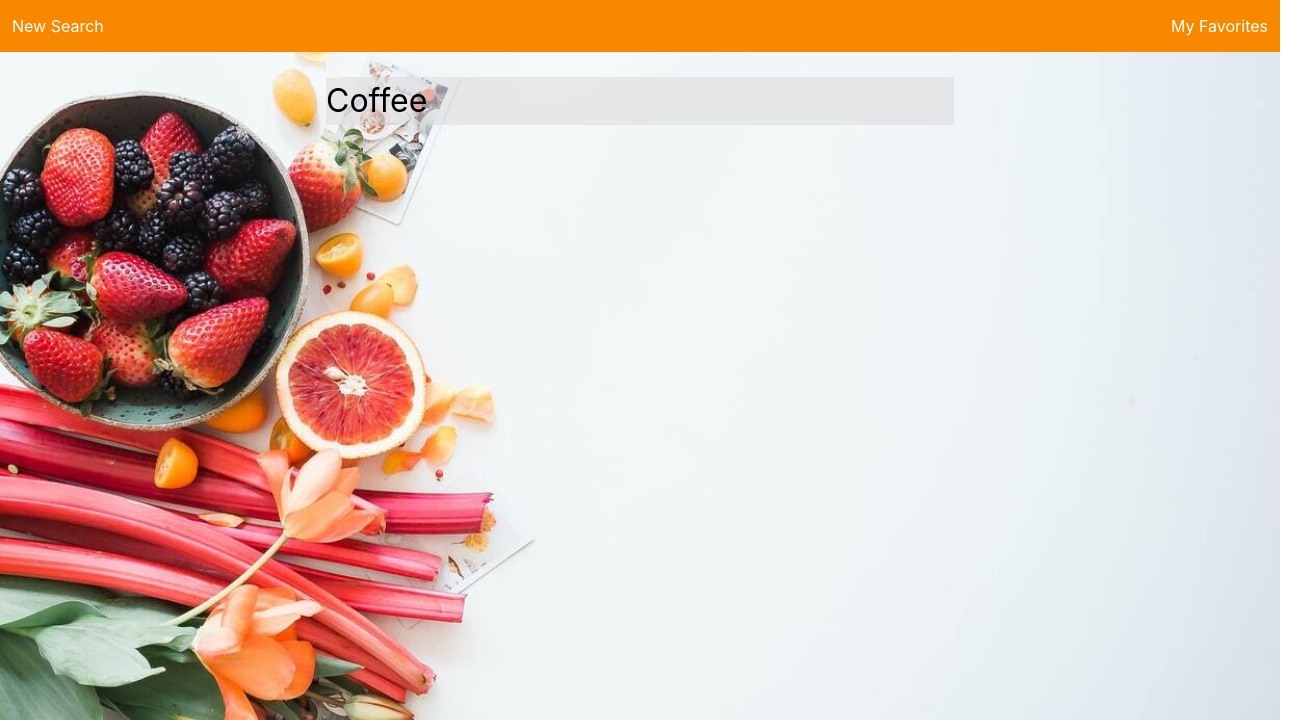
Repository: puakehaulani/the-hungry-app-proj1
Page: results.html
These files come from the project's save history. The page is drawn as it stood at one moment and after the next save; the edit follows.
The browser window is 1280 px wide. The page is 1292 px wide, so the pictures cover 1292 px, including what lies to the right of the window. The pictures show the whole page.

Above is the page before, as saved 2020-10-15 20:22:59.

### results.html
<!DOCTYPE html>
<html lang="en">

<head>
    <meta charset="UTF-8">
    <meta name="viewport" content="width=device-width, initial-scale=1.0">
    <title>Hungry app</title>
    <link rel="stylesheet" href="https://cdn.jsdelivr.net/npm/bulma@0.9.1/css/bulma.min.css">
    <link rel="stylesheet" href="./assets/style/style.css">
    <meta name="viewport" content="width=device-width, initial-scale=1">
</head>

<body>
  <nav class="navbar" role="navigation" aria-label="main navigation">
    <div class="navbar-menu">
        <div class="navbar-item">
            <a href="index.html">New Search</a>
        </div>
    </div>

    <div class="navbar-end">
        <div class="navbar-item">
            <a href="favorites.html">My Favorites </a>
        </div>

    </div>
</nav>
      <body>

        <div class="columns is-mobile is-centered">
            <div class="column is-half">
              <p class="bd-notification is-primary">
                <code class="html"></code><br>
          <ul id="display">
          <li>Coffee</li>
          </ul>
        </div>
        </p>
            </div>
            </div>

</body>

</html>

### assets/style/style.css

html{
    background-image: url(images/foodOnSIde.jpg);
    background-size: cover;
    background-repeat: no-repeat;
}

.navbar{
    background-color: #F78800;
}

.navbar-item{
    color: white;
}

.navbar-item a{
    color: white;
}

.button{
    background-color: #f78800;
    color: white;
}

#ingredientSearch{
    display: inline-block;
}

th{
    background-color: #f78800;
    color: white !important;
}

/* Elements that only exist on results html*/

#favRecipes{
    min-height: 300px;
    color: black;
    background-color: white;
    border-style: solid;
    border-width: 2px;
    border-radius: 15px;
    border-color: #F78800;
}

#favRecipes h1{
    background-color: #F78800;
    font-size: 2rem;
    color: white;
    border-radius: 10px;
}

#favJokes{
    min-height: 300px;
    color: black;
    background-color: white;
    border-style: solid;
    border-width: 2px;
    border-radius: 15px;
    border-color: #F78800;
}

#favJokes h1{
    background-color: #F78800;
    font-size: 2rem;
    color: white;
    border-radius: 10px;


}
  #display { background-color:rgba(219, 215, 217, 0.50);
            font-size: 2rem;
            color: #000000;
            min-height: 25px;
}

After the next save:
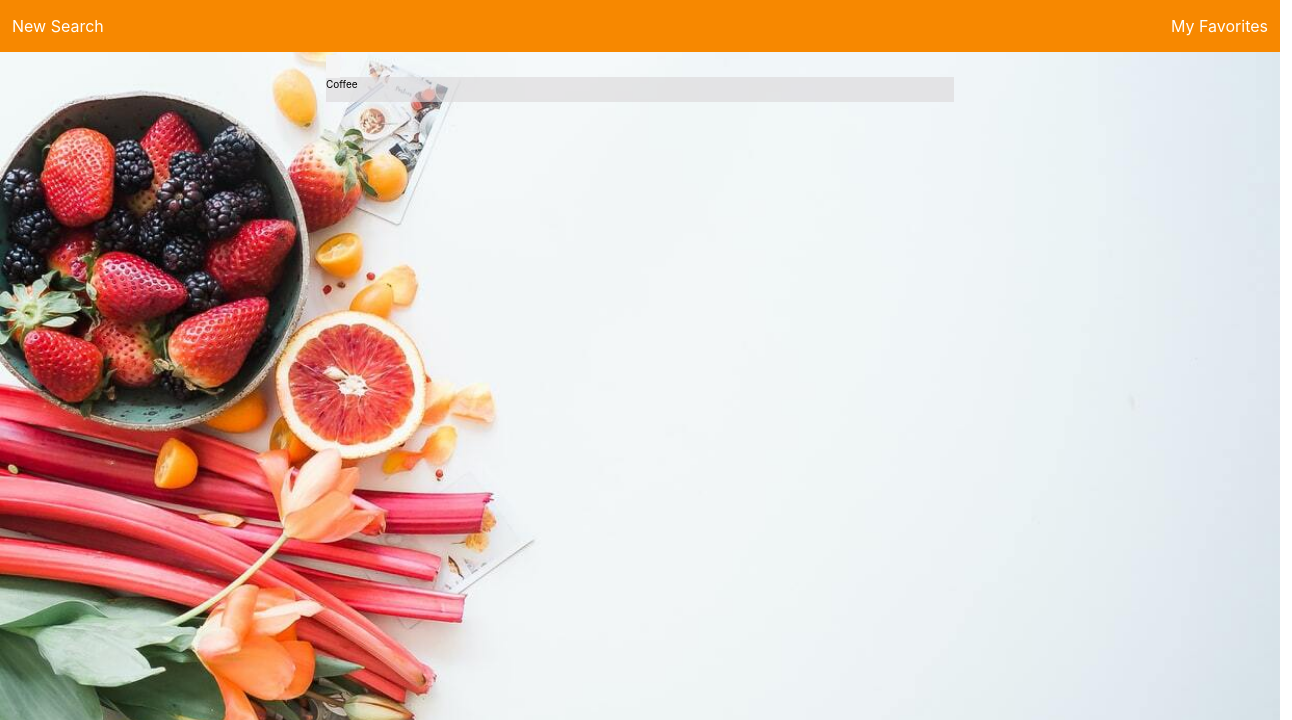
Saved 41 s later.
--- a/assets/style/style.css
+++ b/assets/style/style.css
@@ -68,8 +68,8 @@ th{
 
 
 }
-  #display { background-color:rgba(219, 215, 217, 0.50);
-            font-size: 2rem;
+  #display { background-color:rgba(219, 215, 217, 0.60);
+            font-size: 10px;
             color: #000000;
             min-height: 25px;
 }
